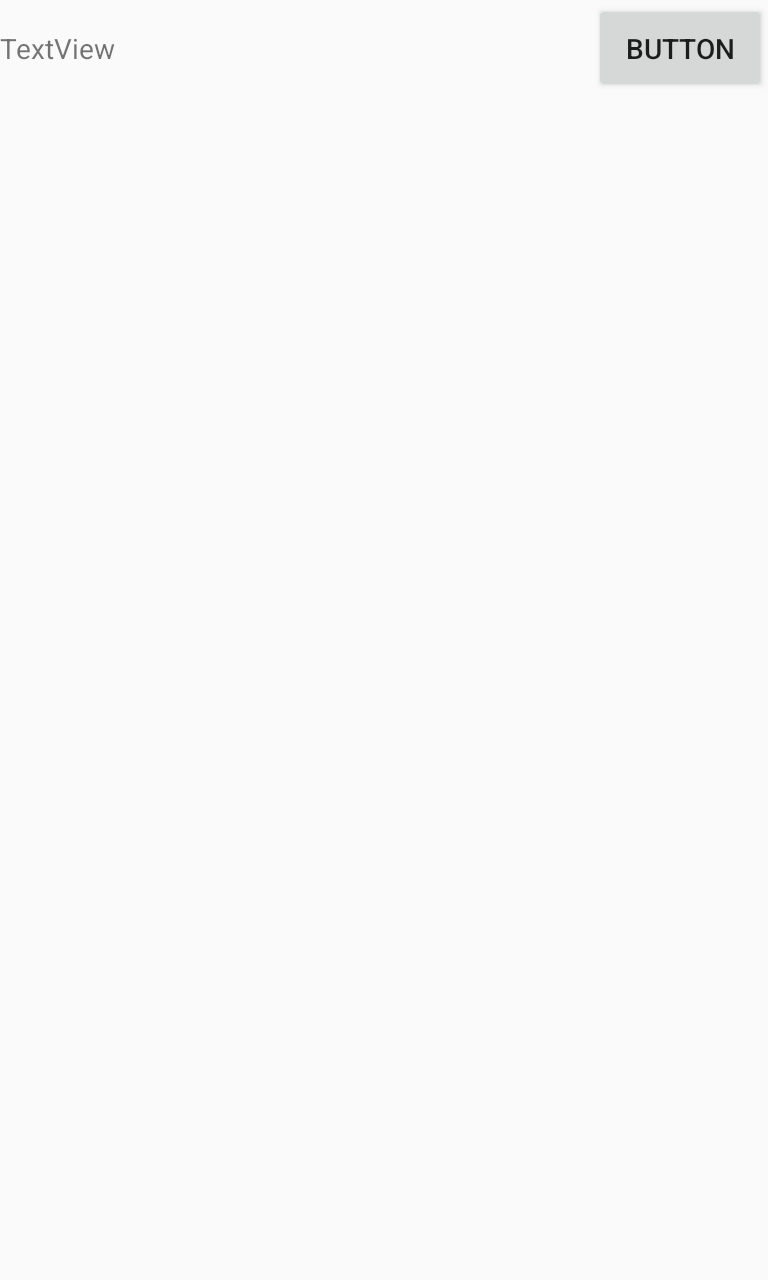
Repository: testGitHubTeam/study_Android
Layout: 65ListViewCustomized/res/layout/widget_icontext.xml
An editor plug-in stored every save of this project. The layout is shown before and after the next save, followed by the edit.
It is drawn on a 768 x 1280 px phone screen (xhdpi) without system bars, with theme AppTheme; the app's code is not run.

Above is the layout before, as saved 2014-04-28 07:32:08.

### 65ListViewCustomized/res/layout/widget_icontext.xml
<?xml version="1.0" encoding="utf-8"?>
<LinearLayout xmlns:android="http://schemas.android.com/apk/res/android"
    android:layout_width="match_parent"
    android:layout_height="match_parent"
    android:orientation="horizontal" >

    <ImageView
        android:id="@+id/ivImage"
        android:layout_width="wrap_content"
        android:layout_height="wrap_content"
        android:layout_weight="0"
        />

    <TextView
        android:id="@+id/tvText"
        android:layout_width="match_parent"
        android:layout_height="wrap_content"
        android:text="TextView"
        android:layout_weight="1"/>

    <Button
        android:id="@+id/btn"
        android:layout_width="wrap_content"
        android:layout_height="wrap_content"
        android:text="Button" />

</LinearLayout>

Loaded but not shown: 65ListViewCustomized/res/values/styles.xml (common file); 65ListViewCustomized/res/values-v11/styles.xml (common file); 65ListViewCustomized/res/values-v14/styles.xml (common file)

After the next save:
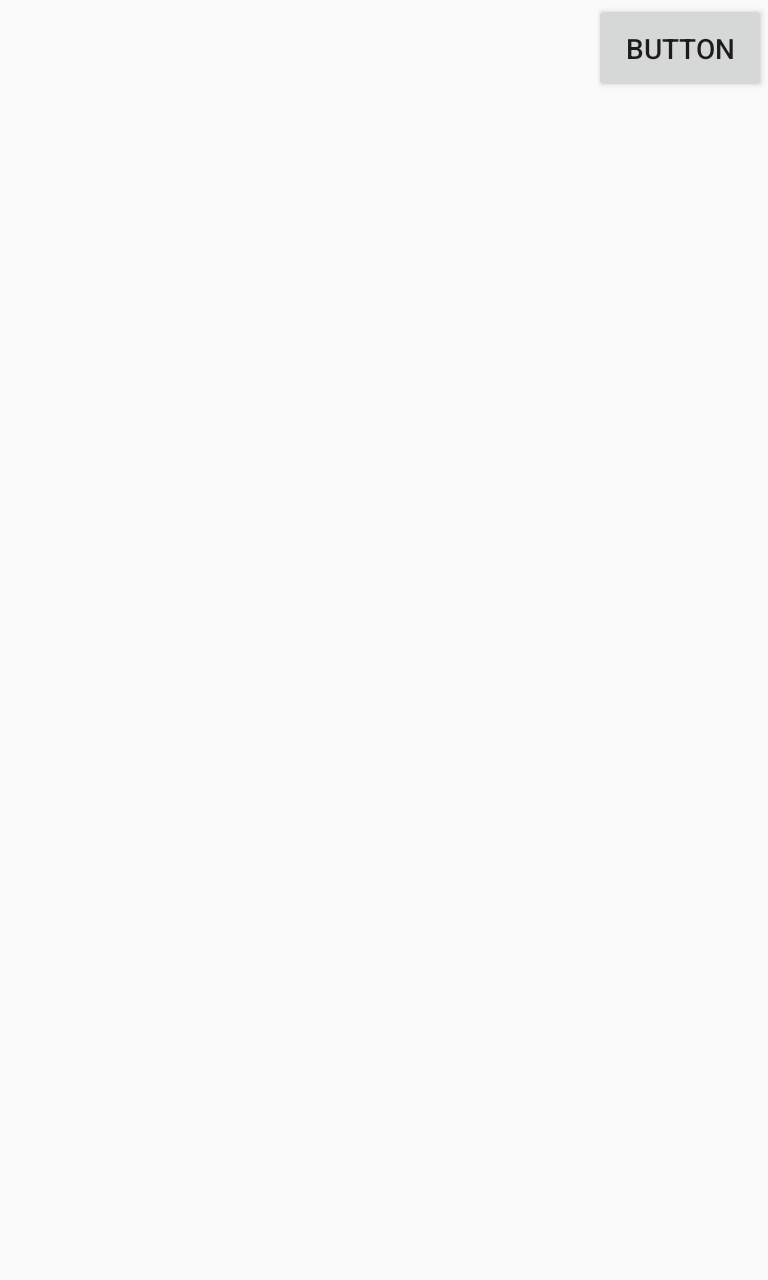
Saved 13 s later.
--- a/65ListViewCustomized/res/layout/widget_icontext.xml
+++ b/65ListViewCustomized/res/layout/widget_icontext.xml
@@ -15,7 +15,6 @@
         android:id="@+id/tvText"
         android:layout_width="match_parent"
         android:layout_height="wrap_content"
-        android:text="TextView"
         android:layout_weight="1"/>
 
     <Button
